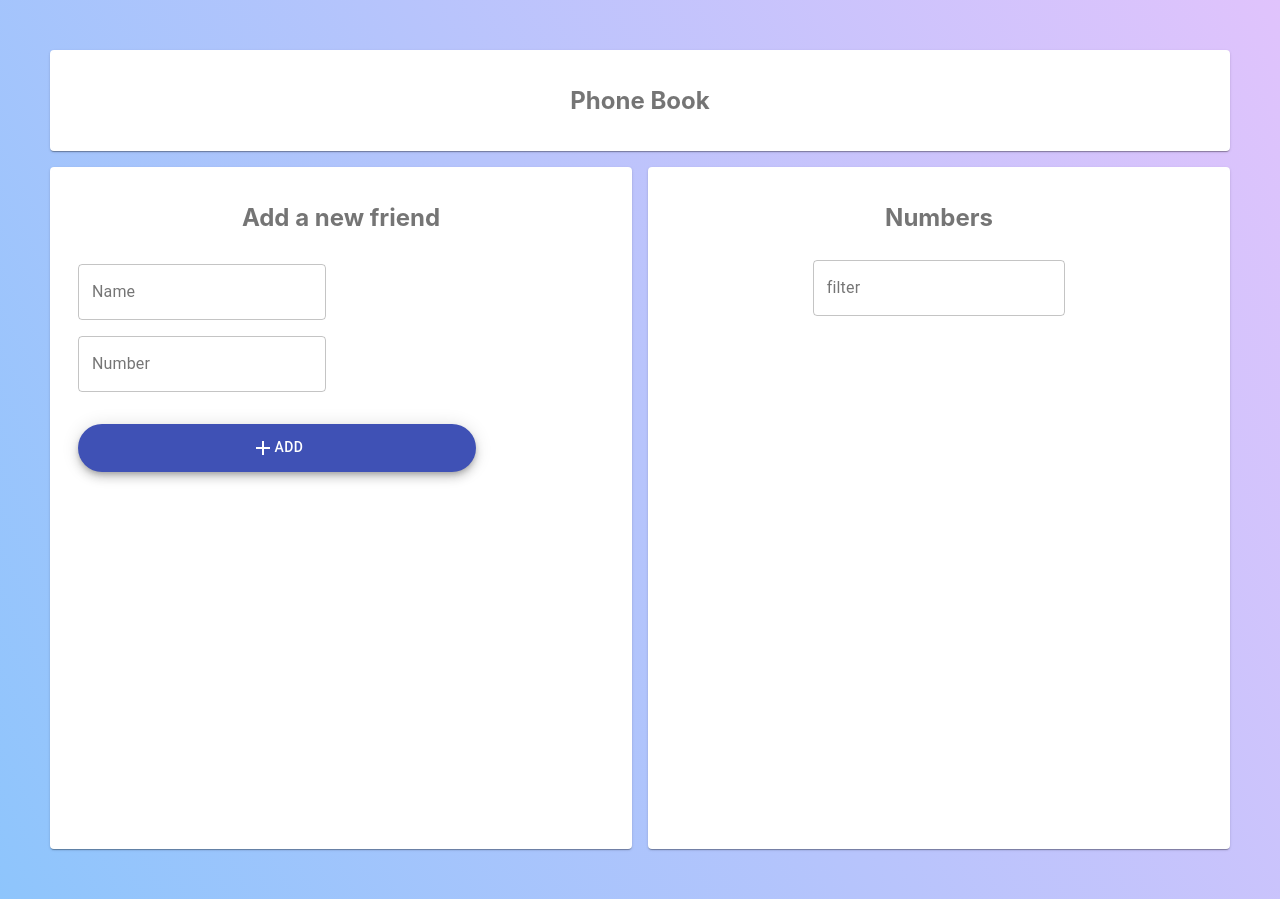
Repository: StacyLafume/phone-book
Page: / (app in phone-book/)
The author's editor kept a copy of each file at every save. The page is drawn from the files as they stood at one save, then again after the next save.
The browser window is 1280 px wide. The pictures show the whole page.
The page's requests for data from a server got no answer. The project was rebuilt for these pictures with package versions that can differ from the ones it lists, and the page was loaded fresh each time. No one was signed in, and anything a server would have sent is missing. Also part of the build but not shown: phone-book/src/PhoneBook.js.

Above is the page before, as saved 2021-04-02 02:29:35.

### phone-book/src/index.css
body {
  margin: 0;
  font-family: -apple-system, BlinkMacSystemFont, 'Segoe UI', 'Roboto', 'Oxygen',
    'Ubuntu', 'Cantarell', 'Fira Sans', 'Droid Sans', 'Helvetica Neue',
    sans-serif;
  -webkit-font-smoothing: antialiased;
  -moz-osx-font-smoothing: grayscale;
  background-color: #8EC5FC;
background-image: linear-gradient(62deg, #8EC5FC 0%, #E0C3FC 100%);

}

code {
  font-family: source-code-pro, Menlo, Monaco, Consolas, 'Courier New',
    monospace;
}

### phone-book/src/App.js
import React, { useState, useEffect } from "react";
// importing a modual personsService
import personsService from "./Service/person";
import Filter from "./Filter";
import Notification from "./Notification";
import PersonForm from "./PersonForm";
import PhoneBook from "./PhoneBook";
import { makeStyles } from '@material-ui/core/styles';
import Paper from '@material-ui/core/Paper';
import Grid from '@material-ui/core/Grid';
import Box from '@material-ui/core/Box';
import List from '@material-ui/core/List';


const App = () => {
  const [persons, setPersons] = useState([]);
  const [newName, setNewName] = useState("");
  const [newNumber, setNewNumber] = useState("");
  const [showFilter, setshowFilter] = useState("");
  const [notification, setNotification] = useState(null);
  const [success, setSuccess] = useState(null);

  const useStyles = makeStyles((theme) => ({
    root: {
      flexGrow: 1,
      margin: 50,

    },
    paper: {
      padding: theme.spacing(2),
      justifyItems: 'center',
      color: theme.palette.text.secondary,
      overflow: 'auto',
      height: 650,

    },
    header1: {
      padding: theme.spacing(2),
      justifyItems: 'center',
      color: theme.palette.text.secondary,
      overflow: 'auto',
      textAlign: 'center'
    },
    addFriend:{
      padding: theme.spacing(2),
      justifyItems: 'center',
      color: theme.palette.text.secondary,
      overflow: 'auto',
      textAlign: 'center',
      height: 650,
      justifyContent: 'center'

    }
  }));

  // show data on the screen
  useEffect(() => {
    personsService
      .getAll()
      .then(response => {
        setPersons(response);
      })
      .catch(error => showMessage("Could not retrieve data", false));
  }, []);

  const addNewName = e => {
    e.preventDefault();
    const personObject = {
      name: newName,
      number: newNumber
    };

    //console.log('persons.some(e => e.name === newName)',persons.some(e => e.name === newName))

    // if name is already in phone book return true and alert user
    if (persons.some(e => e.name === newName)) {

      // first name equal to that name
      let personId = persons.find(item => item.name === newName);

      // assigning whats in person obj to person id to update the entry
      let updatedEntry = Object.assign(personId, personObject);

      // alert the user  to update name  and / or  number
      if (
        window.confirm(
          `Do you want to update ${newName} with number ${newNumber}?`
        )
      ) {
        // based on the condition it will make put request to update
        personsService
          .update(personId.id, personObject)
          .then(() => {
            setPersons(
              // map through persons check if name is equal to new name
              //and either return updatedEntry or item
              persons.map(item => (item.name === newName ? updatedEntry : item))
            );
            // reset inputs
            setNewName("");
            setNewNumber("");
            // alert user of the changes
            showMessage(` ${newName} phone number updated`);
          })
          .catch(error => {
            showMessage(
              `Update failed. ${newName} has already been removed from the phone book.`,
              false
            );
            setPersons(persons.filter(n => n.name !== newName));
          });
      }
    } else {
      // if number is already in phone book return true and alert user
      if (persons.some(e => e.number === newNumber)) {
        showMessage(`# ${newNumber} is already in the phone book.`, false);
      } else {
        // check if inputs are empty and set show message
        if (newName === "" || newNumber === "") {
          showMessage(`The name and number must not be empty`, false);
        } else {
          // add personObject to the data base
          personsService
            .create(personObject)
            .then(returnedPerson => {
              setPersons(persons.concat(returnedPerson));
              // reset inputs
              setNewName("");
              setNewNumber("");
              // alert user
              showMessage(`User ${newName} has been added to the phone book`);
            })
            .catch(error => {
              console.log(error.response.data.error)
              return showMessage(
                `Failed to add number. More about error: ${error.response.data.error
                }`,
                false
              );
            });
          // make a get requests of updated data
          personsService
            .getAll()
            .then(response => {
              setPersons(response);
            })
            .catch(error => showMessage("Could not retrieve data", false));
        }
      }
    }
  };

  const removeEntry = person => {
    // if user clicks yes to remove
    if (window.confirm(`Remove ${person.name}?`)) {
      // call delete request with id that needs to be deleted
      personsService
        .remove(person.id)
        .then(() => {
          // setPerson to filtered array of every preson but the deleted person
          setPersons(persons.filter(item => item.id !== person.id));
          showMessage(`${person.name} has been removed from the phone book`);
        })
        .catch(error => {
          showMessage(
            `Removal failed. User ${person.name
            } has already been removed from the phone book.`,
            false
          );
          // make a get requests of updated data
          personsService
            .getAll()
            .then(response => {
              setPersons(response);
            })
            .catch(error => showMessage("Could not retrieve data", false));
        });
    }
  };

  // tracking values in the name input
  const handleNameChange = e => {
    // console.log(e.target.value);
    setNewName(e.target.value);
  };

  // tracking values in the number input
  const handleNumberChange = e => {
    setNewNumber(e.target.value);
  };

  const showMessage = (message, successNotification = true) => {
    // sets notication based on the true or false given by the condiyion it was called in
    setNotification(message);
    // boolean value if the rquest was successful or not
    setSuccess(successNotification);

    // the notification will stay on browser for 3 sec
    setTimeout(() => {
      setNotification(null);
      setSuccess(null);
    }, 3000);
  };

  const classes = useStyles();
  return (
    <Box className={classes.root}>
      <Grid container spacing={2}>
      <Grid item xs={12}>
      <Paper className={classes.header1}>
        <h2>Phone Book</h2>
        </Paper>
        </Grid>
        <Grid item xs={6} >
          <Paper className={classes.paper}>


            <h2>Add a new friend</h2>
            <PersonForm
              addNewName={addNewName}
              newName={newName}
              handleNameChange={handleNameChange}
              handleNumberChange={handleNumberChange}
            />
          </Paper>
        </Grid>
        <Grid item xs={6}>
          <Paper className={classes.paper}>
            <h2>Numbers</h2>
            <Notification notification={notification} success={success} />
            <Filter showFilter={showFilter} setshowFilter={setshowFilter} />
            <List>
              <PhoneBook
                persons={persons}
                showFilter={showFilter}
                removeEntry={removeEntry}
              />
            </List>
          </Paper>
        </Grid>
      </Grid>
    </Box>
  );
};

export default App;

### phone-book/src/Service/person.js
import axios from "axios";

//const baseUrl = "http://localhost:3003/persons";
const baseUrl = 'api/persons';

// get rquest for all of json datas
const getAll = () => {
  const request = axios.get(baseUrl);
  return request.then(response => response.data);
};

// post request to add new entry
const create = newObject => {
  const request = axios.post(baseUrl, newObject);
  return request.then(response => response.data)
};

// put request to update json db
const update = (id, newObject) => {
  const request = axios.put(`${baseUrl}/${id}`, newObject);
  return request.then(response => response.data);
};

// delete request to delete from json data base
const remove = id => {
  const request = axios.delete(`${baseUrl}/${id}`);
  return request.then(response => response.data);
};


// exporting all of the functions
export default {
  getAll: getAll,
  create: create,
  update: update,
  remove: remove
};

### phone-book/src/Filter.js
import React from "react";
import { makeStyles } from '@material-ui/core/styles';
import TextField from '@material-ui/core/TextField';

const Filter = ({ showFilter, setshowFilter }) => {
  const useStyles = makeStyles((theme) => ({
    root: {
      '& > *': {
        margin: theme.spacing(1),
        width: '25ch',
      },
    },
  }));
  const classes = useStyles();
  const filterPersons = e => {
    setshowFilter(e.target.value);
  };

  return (
    <div className={classes.root}>
      <TextField id="outlined-basic" value={showFilter} label="filter" variant="outlined"onChange={filterPersons} />
    </div>
  );
};

export default Filter;

### phone-book/src/Notification.js
import React from "react";


const Notification = ({ notification, success }) => {
  // console.log(notification);
  // console.log(success);

  // if there is no notification return null
  if (notification === null) {
    return null;
  }

  // if success renders the paticular (inLine) style
  if (success)
    return (
      <div className="success" style={styles.success}>
        {notification}
      </div>
    );
  else
    return (
      <div className="success" style={styles.fail}>
        {notification}
      </div>
    );
};

var styles = {
  success: {
    color: "green",
    background: "white",
    fontSize: 20,
    borderStyle: "solid",
    borderRadius: 5,
    padding: 10,
    marginBottom: 10
  },
  fail: {
    color: "red",
    background: "white",
    fontSize: 20,
    borderStyle: "solid",
    borderRadius: 5,
    padding: 10,
    marginBottom: 10
  }
};

export default Notification;

### phone-book/src/PersonForm.js
import React from "react";
import { makeStyles } from '@material-ui/core/styles';
import TextField from '@material-ui/core/TextField';
import Grid from '@material-ui/core/Grid';
import Fab from '@material-ui/core/Fab';
import AddIcon from '@material-ui/icons/Add';



const PersonForm = ({
  newName,
  newNumber,
  addNewName,
  handleNameChange,
  handleNumberChange
}) => {
  const useStyles = makeStyles((theme) => ({
    root: {
      '& > *': {
        margin: theme.spacing(2),
        width: '50ch',
      },
    },
    press: {
      margin: {
        margin: theme.spacing(1),
      },
      extendedIcon: {
        marginRight: theme.spacing(1),
      },
    }
  }));
  const classes = useStyles();
  return (
    <Grid container spacing={1}>
      <form onSubmit={addNewName} className={classes.root} noValidate autoComplete="off">

        {/* calls the function tracking values in the name input */}
        {/* name: <input value={newName} onChange={handleNameChange} /> */}
        <Grid item xs={12}>
        <TextField id="outlined-basic" className={classes.press} label="Name" value={newName} onChange={handleNameChange} variant="outlined" />
        </Grid>
        <Grid item  xs={12}>
        {/* calls the function tracking values in the number input */}
        <TextField id="outlined-basic"  className={classes.press} value={newNumber} onChange={handleNumberChange} label="Number" variant="outlined" />
        </Grid>
        {/* calls the create request to add name and number */}
        <Fab variant="extended" color="primary" aria-label="add" className={classes.margin} type="submit">
          <AddIcon className={classes.extendedIcon} />
         Add
        </Fab>
      </form>
      </Grid>

  );
};


export default PersonForm;

Loaded but not shown: phone-book/public/index.html (common file); phone-book/src/index.js (common file)

After the next save:
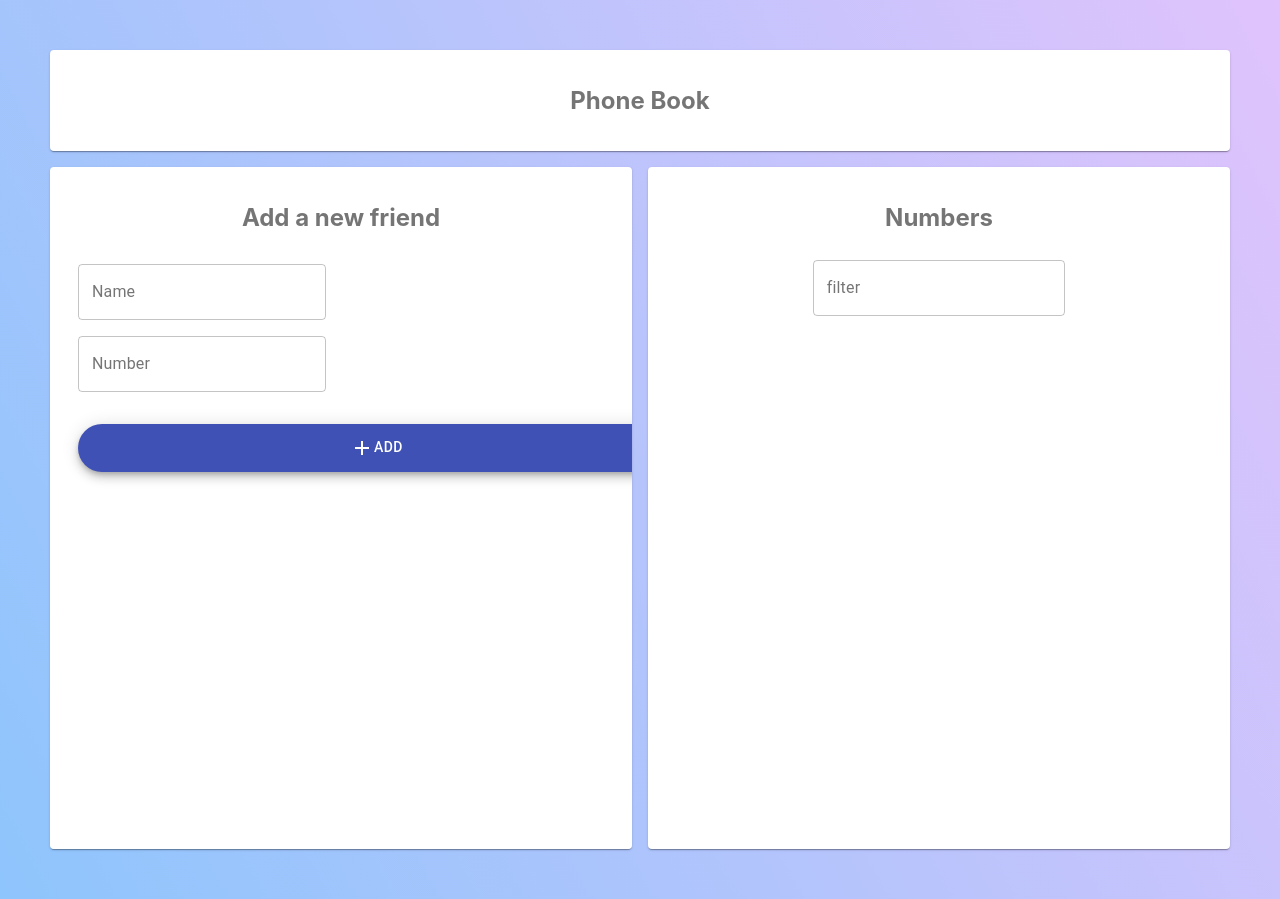
Saved 16 s later.
--- a/phone-book/src/PersonForm.js
+++ b/phone-book/src/PersonForm.js
@@ -18,7 +18,7 @@ const PersonForm = ({
     root: {
       '& > *': {
         margin: theme.spacing(2),
-        width: '50ch',
+        width: '75ch',
       },
     },
     press: {
